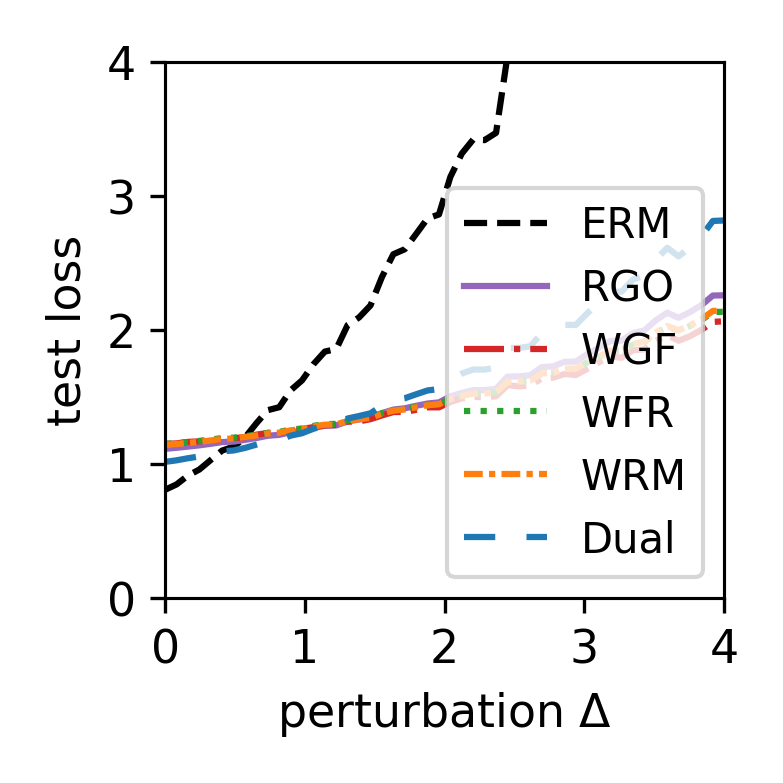
Repository: ZusenXu/GFS-DRO
Script's output: python uncertain_least_squares/uncertain_least_squares.py
These files come from the project's save history. The script's output is drawn as it stood at one moment and after the next save; the edit follows.
Random numbers start from a fixed seed.

Above is the script's output before, as saved 2025-09-13 20:59:36.

### uncertain_least_squares/uncertain_least_squares.py
import numpy as np
import matplotlib.pyplot as plt
from scipy.optimize import minimize
from scipy.special import logsumexp

# --- 1. 实验设置与参数定义 ---
# 定义问题的维度
DIM_M = 10  # 矩阵 A 的行数
DIM_N = 10  # 矩阵 A 的列数 (theta 的维度)

# 定义训练/测试样本数量
N_TRAIN_SAMPLES = 10
N_TEST_SAMPLES = 1000

# 定义分布偏移的扰动范围
DELTA_MIN = 0.0
DELTA_MAX = 4.0
DELTA_STEPS = 50

# --- DRO 算法超参数 ---
N_EPOCHS = 50 # 外部优化的迭代轮数
LEARNING_RATE = 0.01 # 外部优化 theta 的学习率
LAMBDA_VAL = 1.0 # 正则化参数 lambda
EPSILON = 0.1 # 熵正则化参数 epsilon
GRAD_CLIP_THRESHOLD = 10.0 # 梯度裁剪阈值，防止梯度爆炸

# RGO (算法2) 特定参数
RGO_SMOOTHNESS_L = 0.5 # 假设的损失函数平滑度 L (需满足 LAMBDA_VAL > L/2)

# WGF (算法3), WFR (算法4), WRM 特定参数
K_INNER_STEPS = 10  # 内部循环迭代次数 K
INNER_STEP_SIZE = 0.01 # 内部循环步长 eta

# WFR (算法4) 特定参数
M_PARTICLES = 5 # WFR 使用的粒子(样本)数量
WFR_WEIGHT_STEP_SIZE = 0.08 # WFR 权重更新步长 tau

# Dual 方法特定参数
SINKHORN_SAMPLE_LEVEL = 4 # Dual 方法的蒙特卡洛采样级别

# --- 2. 生成固定的问题实例 ---
np.random.seed(42)
A0 = np.random.randn(DIM_M, DIM_N)
A1 = np.random.randn(DIM_M, DIM_N)
b = np.random.randn(DIM_M)

# --- 3. 数据生成函数 ---
def generate_training_data(n_samples):
    return np.random.uniform(-0.5, 0.5, n_samples)

def generate_test_data(n_samples, delta):
    lower_bound = -0.5 * (1 + delta)
    upper_bound = 0.5 * (1 + delta)
    return np.random.uniform(lower_bound, upper_bound, n_samples)

# --- 4. 核心函数定义 ---
def loss_function(theta, z):
    """ 计算单个样本 z 的损失 f_theta(z) """
    A_z = A0 + z * A1
    residual = A_z @ theta - b
    return np.sum(residual**2)/DIM_M

def loss_grad_theta(theta, z):
    """ 计算损失函数关于 theta 的梯度 nabla_theta f_theta(z) """
    A_z = A0 + z * A1
    residual = A_z @ theta - b
    return 2 * A_z.T @ residual

# --- 5. ERM (经验风险最小化) 实现 ---
def erm_objective_function(theta, xi_samples):
    """ 计算 ERM 的目标函数值（平均损失）"""
    total_loss = np.mean([loss_function(theta, xi) for xi in xi_samples])
    return total_loss

def solve_erm(xi_train_samples):
    """ 使用优化器求解 ERM 问题 """
    initial_theta = np.zeros(DIM_N)
    result = minimize(
        erm_objective_function, initial_theta, args=(xi_train_samples,), method='BFGS')
    if not result.success:
        print("警告: ERM 优化过程可能未收敛。")
    return result.x

# --- 6. RGO (算法2) 实现 ---
def solve_rgo(xi_train_samples):
    """ 使用 RGO 算法求解 Sinkhorn DRO """
    theta = np.zeros(DIM_N)

    def rgo_inner_objective(z, xi, current_theta):
        l = loss_function(current_theta, z)
        penalty = np.sum((z - xi)**2)
        return -l / (LAMBDA_VAL * EPSILON) + penalty / EPSILON

    for _ in range(N_EPOCHS):
        grad_accumulator = np.zeros_like(theta)
        for xi in xi_train_samples:
            res = minimize(rgo_inner_objective, xi, args=(xi, theta), method='BFGS')
            z_star = res.x
            accepted = False
            while not accepted:
                variance = (LAMBDA_VAL * EPSILON) / (2 * LAMBDA_VAL - RGO_SMOOTHNESS_L)
                if variance <= 0: variance = 1e-6
                z_candidate = np.random.normal(z_star, np.sqrt(variance))
                f_val_candidate = rgo_inner_objective(z_candidate, xi, theta)
                f_val_star = rgo_inner_objective(z_star, xi, theta)
                log_accept_prob = -f_val_candidate + f_val_star - ((np.sum((z_candidate - z_star)**2)) / (2*variance))
                if np.log(np.random.rand()) < log_accept_prob:
                    accepted_sample = z_candidate
                    accepted = True
            grad_accumulator += loss_grad_theta(theta, accepted_sample)

        avg_grad = grad_accumulator / len(xi_train_samples)
        grad_norm = np.linalg.norm(avg_grad)
        if grad_norm > GRAD_CLIP_THRESHOLD:
            avg_grad = avg_grad * GRAD_CLIP_THRESHOLD / grad_norm
        theta -= LEARNING_RATE * avg_grad

    return theta

# --- 7. Wasserstein Gradient Flow (WGF) 实现 (基于算法3) ---
def solve_wgf(xi_train_samples):
    """ 使用 Wasserstein Gradient Flow (WGF) 求解 Sinkhorn DRO """
    theta = np.zeros(DIM_N)

    def f_bar_grad_z(z, xi, current_theta):
        A1_theta = A1 @ current_theta
        A_z_theta = (A0 + z * A1) @ current_theta
        grad_f = 2 * A1_theta.T @ (A_z_theta - b)
        return grad_f - 2 * LAMBDA_VAL * (z - xi)

    for _ in range(N_EPOCHS):
        grad_accumulator = np.zeros_like(theta)
        for xi in xi_train_samples:
            z_k = xi
            for _ in range(K_INNER_STEPS):
                noise = np.random.normal(0, 1)
                grad = f_bar_grad_z(z_k, xi, theta)
                z_k += INNER_STEP_SIZE * grad + np.sqrt(2 * INNER_STEP_SIZE * LAMBDA_VAL * EPSILON) * noise
            grad_accumulator += loss_grad_theta(theta, z_k)

        avg_grad = grad_accumulator / len(xi_train_samples)
        grad_norm = np.linalg.norm(avg_grad)
        if grad_norm > GRAD_CLIP_THRESHOLD:
            avg_grad = avg_grad * GRAD_CLIP_THRESHOLD / grad_norm
        theta -= LEARNING_RATE * avg_grad

    return theta

# --- 8. WFR Flow (算法4) 实现 ---
def solve_wfr(xi_train_samples):
    """ 使用 WFR Flow 求解 Sinkhorn DRO """
    theta = np.zeros(DIM_N)

    def f_bar(z, xi, current_theta):
         return loss_function(current_theta, z) - LAMBDA_VAL * np.sum((z-xi)**2)

    def f_bar_grad_z(z, xi, current_theta):
        A1_theta = A1 @ current_theta
        A_z_theta = (A0 + z * A1) @ current_theta
        grad_f = 2 * A1_theta.T @ (A_z_theta - b)
        return grad_f - 2 * LAMBDA_VAL * (z - xi)

    for _ in range(N_EPOCHS):
        grad_accumulator = np.zeros_like(theta)
        for xi in xi_train_samples:
            particles = np.full(M_PARTICLES, xi)
            weights = np.full(M_PARTICLES, 1.0 / M_PARTICLES)

            for _ in range(K_INNER_STEPS):
                for i in range(M_PARTICLES):
                    noise = np.random.normal(0, 1)
                    grad = f_bar_grad_z(particles[i], xi, theta)
                    particles[i] += INNER_STEP_SIZE * grad + np.sqrt(2 * INNER_STEP_SIZE * LAMBDA_VAL * EPSILON) * noise
                    f_bar_val = f_bar(particles[i], xi, theta)
                    weights[i] = (weights[i]**(1 - LAMBDA_VAL * EPSILON * WFR_WEIGHT_STEP_SIZE)) * np.exp(WFR_WEIGHT_STEP_SIZE * f_bar_val)

                sum_weights = np.sum(weights)
                if sum_weights > 1e-8: weights /= sum_weights
                else: weights = np.full(M_PARTICLES, 1.0 / M_PARTICLES)

            weighted_grad = np.sum([w * loss_grad_theta(theta, z) for w, z in zip(weights, particles)], axis=0)
            grad_accumulator += weighted_grad

        avg_grad = grad_accumulator / len(xi_train_samples)
        grad_norm = np.linalg.norm(avg_grad)
        if grad_norm > GRAD_CLIP_THRESHOLD:
            avg_grad = avg_grad * GRAD_CLIP_THRESHOLD / grad_norm
        theta -= LEARNING_RATE * avg_grad

    return theta

# --- 9. WRM (Wasserstein Robust Method) 实现 ---
def solve_wrm(xi_train_samples):
    """ 使用 WRM (确定性内部优化) 求解 """
    theta = np.zeros(DIM_N)

    def f_bar_grad_z(z, xi, current_theta):
        A1_theta = A1 @ current_theta
        A_z_theta = (A0 + z * A1) @ current_theta
        grad_f = 2 * A1_theta.T @ (A_z_theta - b)
        return grad_f - 2 * LAMBDA_VAL * (z - xi)

    for _ in range(N_EPOCHS):
        grad_accumulator = np.zeros_like(theta)
        for xi in xi_train_samples:
            z_k = xi
            # 内部 K 步梯度上升 (无噪声)
            for _ in range(K_INNER_STEPS):
                grad = f_bar_grad_z(z_k, xi, theta)
                z_k += INNER_STEP_SIZE * grad

            grad_accumulator += loss_grad_theta(theta, z_k)

        avg_grad = grad_accumulator / len(xi_train_samples)
        grad_norm = np.linalg.norm(avg_grad)
        if grad_norm > GRAD_CLIP_THRESHOLD:
            avg_grad = avg_grad * GRAD_CLIP_THRESHOLD / grad_norm
        theta -= LEARNING_RATE * avg_grad

    return theta

# --- 10. Dual Method (对偶方法) 实现 ---
def solve_dual(xi_train_samples):
    """ 使用对偶方法求解 Sinkhorn DRO """
    theta = np.zeros(DIM_N)

    levels = np.arange(SINKHORN_SAMPLE_LEVEL + 1)
    numerators = 2.0**(-levels)
    denominator = 2.0 - 2.0**(-SINKHORN_SAMPLE_LEVEL)
    probabilities = numerators / denominator

    for _ in range(N_EPOCHS):
        grad_accumulator = np.zeros_like(theta)
        for xi in xi_train_samples:
            # 1. 多层蒙特卡洛采样
            sampled_level = np.random.choice(levels, p=probabilities)
            m = 2**sampled_level

            # 2. 从基础分布采样
            noise = np.random.randn(m) * np.sqrt(EPSILON)
            z_samples = xi + noise

            # 3. 计算梯度
            # v_j = f_theta(z_j) / (lambda*epsilon)
            v = np.array([loss_function(theta, z) for z in z_samples]) / (LAMBDA_VAL * EPSILON)

            # weights = softmax(v)
            weights = np.exp(v - np.max(v)) # 减去max增强稳定性
            weights /= np.sum(weights)

            # grad = sum(w_j * grad_theta f(z_j))
            grads_per_sample = np.array([loss_grad_theta(theta, z) for z in z_samples])
            weighted_grad = np.sum(weights[:, np.newaxis] * grads_per_sample, axis=0)
            grad_accumulator += weighted_grad

        avg_grad = grad_accumulator / len(xi_train_samples)
        grad_norm = np.linalg.norm(avg_grad)
        if grad_norm > GRAD_CLIP_THRESHOLD:
            avg_grad = avg_grad * GRAD_CLIP_THRESHOLD / grad_norm
        theta -= LEARNING_RATE * avg_grad

    return theta

# --- 11. 实验执行与评估 ---
def run_experiment():
    """ 执行完整的实验流程 """
    xi_train = generate_training_data(N_TRAIN_SAMPLES)

    print("正在求解 ERM 模型...")
    theta_erm = solve_erm(xi_train)
    print("正在求解 RGO 模型...")
    theta_rgo = solve_rgo(xi_train)
    print("正在求解 WGF 模型...")
    theta_wgf = solve_wgf(xi_train)
    print("正在求解 WFR 模型...")
    theta_wfr = solve_wfr(xi_train)
    print("正在求解 WRM 模型...")
    theta_wrm = solve_wrm(xi_train)
    print("正在求解 Dual 模型...")
    theta_dual = solve_dual(xi_train)
    print("所有模型求解完成。")

    delta_values = np.linspace(DELTA_MIN, DELTA_MAX, DELTA_STEPS)
    results = {'ERM': [], 'RGO': [], 'WGF': [], 'WFR': [], 'WRM': [], 'Dual': []}
    models = {
        'ERM': theta_erm, 'RGO': theta_rgo, 'WGF': theta_wgf,
        'WFR': theta_wfr, 'WRM': theta_wrm, 'Dual': theta_dual
    }

    print("正在评估所有模型...")
    for delta in delta_values:
        xi_test = generate_test_data(N_TEST_SAMPLES, delta)
        for name, theta in models.items():
            test_loss = erm_objective_function(theta, xi_test)
            results[name].append(test_loss)

    print("评估完成。")
    return delta_values, results

# --- 12. 结果可视化 ---
def plot_results(delta_values, results):
    """ 绘制所有模型损失随扰动 delta 变化的曲线 """
    fig, ax = plt.subplots(figsize=(2.613, 2.613), dpi=300)

    styles = {
        'ERM': {'color': 'k', 'linestyle': '--'},
        'RGO': {'color': '#9467bd', 'linestyle': '-'},
        'WGF': {'color': '#d62728', 'linestyle': '-.'},
        'WFR': {'color': '#2ca02c', 'linestyle': ':'},
        'WRM': {'color': '#ff7f0e', 'linestyle': (0, (3, 1, 1, 1))}, # orange, dashdotdot
        'Dual': {'color': '#1f77b4', 'linestyle': (0, (5, 5))} # blue, dashed
    }

    for name, losses in results.items():
        ax.plot(delta_values, losses, linewidth=1.5, label=name, **styles[name])

    #ax.set_title('(a) Uncertain least squares loss', fontsize=11)
    ax.set_xlabel('perturbation $\Delta$', fontsize=11)
    ax.set_ylabel('test loss', fontsize=11)
    ax.tick_params(axis='both', which='major', labelsize=11)
    for spine in ax.spines.values():
        spine.set_linewidth(0.75)
    ax.set_xlim(0, 4)
    ax.set_ylim(0, 4)
    ax.grid(False)
    ax.legend(fontsize=10)
    plt.tight_layout()
    plt.savefig('uncertain_least_squares_results.png', dpi=300)
    plt.show()

# --- 主程序入口 ---
if __name__ == '__main__':
    with np.errstate(all='ignore'):
        delta_vals, all_results = run_experiment()
        plot_results(delta_vals, all_results)

After the next save:
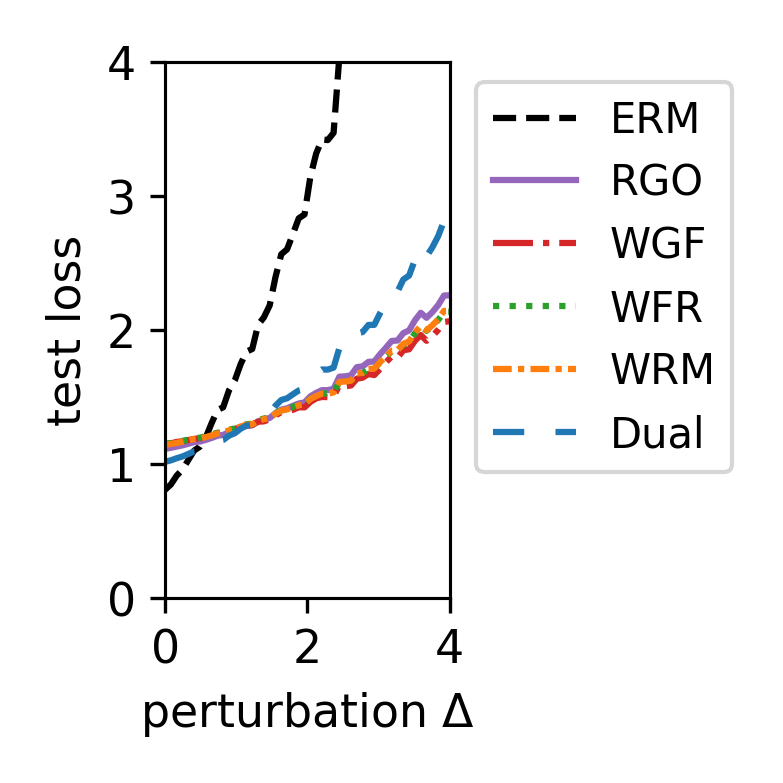
Saved 97 s later.
--- a/uncertain_least_squares/uncertain_least_squares.py
+++ b/uncertain_least_squares/uncertain_least_squares.py
@@ -324,6 +324,7 @@ def plot_results(delta_values, results):
     ax.set_ylim(0, 4)
     ax.grid(False)
     ax.legend(fontsize=10)
+    ax.legend(loc='upper left', bbox_to_anchor=(1.02, 1))
     plt.tight_layout()
     plt.savefig('uncertain_least_squares_results.png', dpi=300)
     plt.show()
